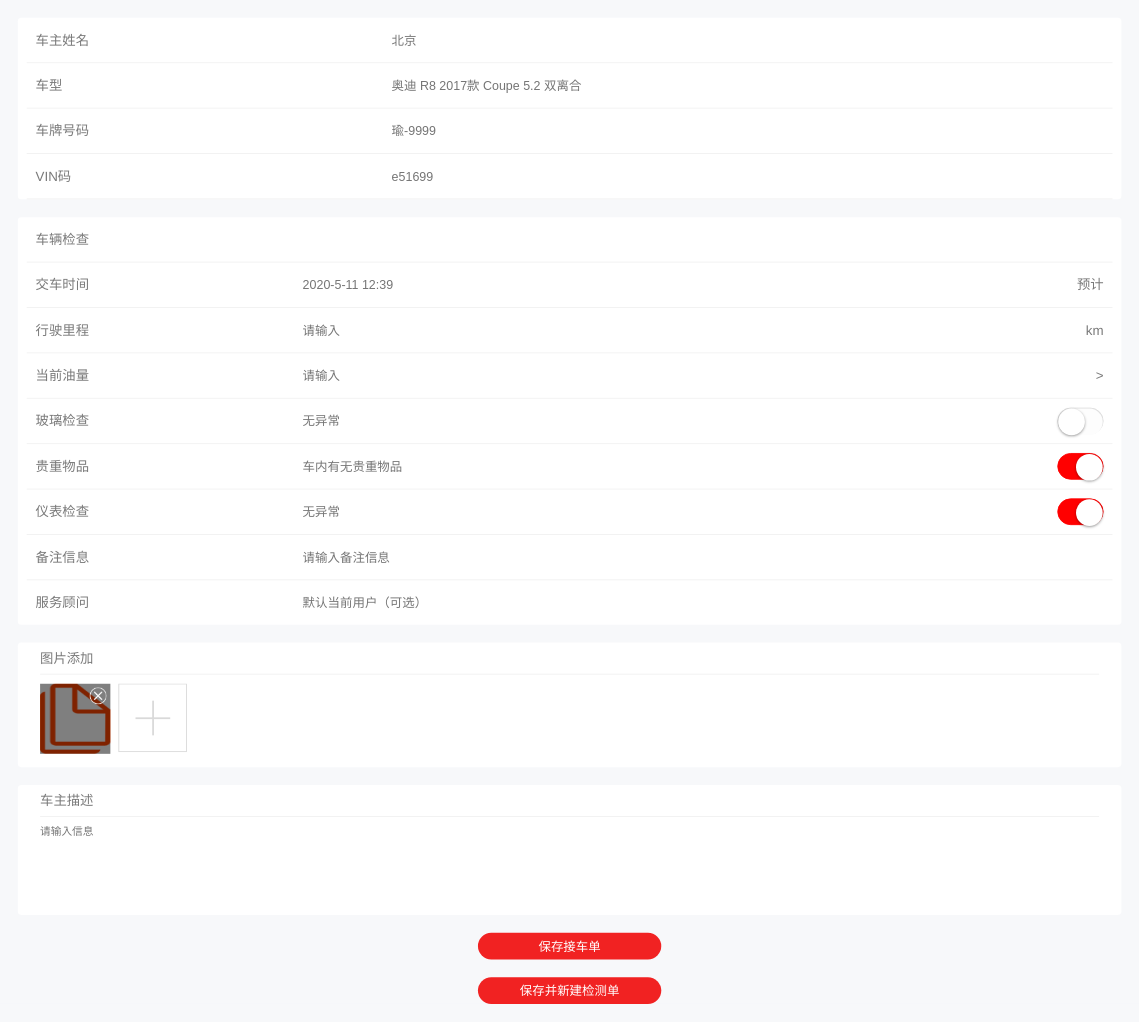
Repository: family-car/car
Page: vehicleEntry.html
These files come from the project's save history. The page is drawn as it stood at one moment and after the next save; the edit follows.
The browser window is 1280 px wide. The pictures show the whole page, at 89% of full size.

Above is the page before, as saved 2020-05-12 00:20:34.

After the next save:
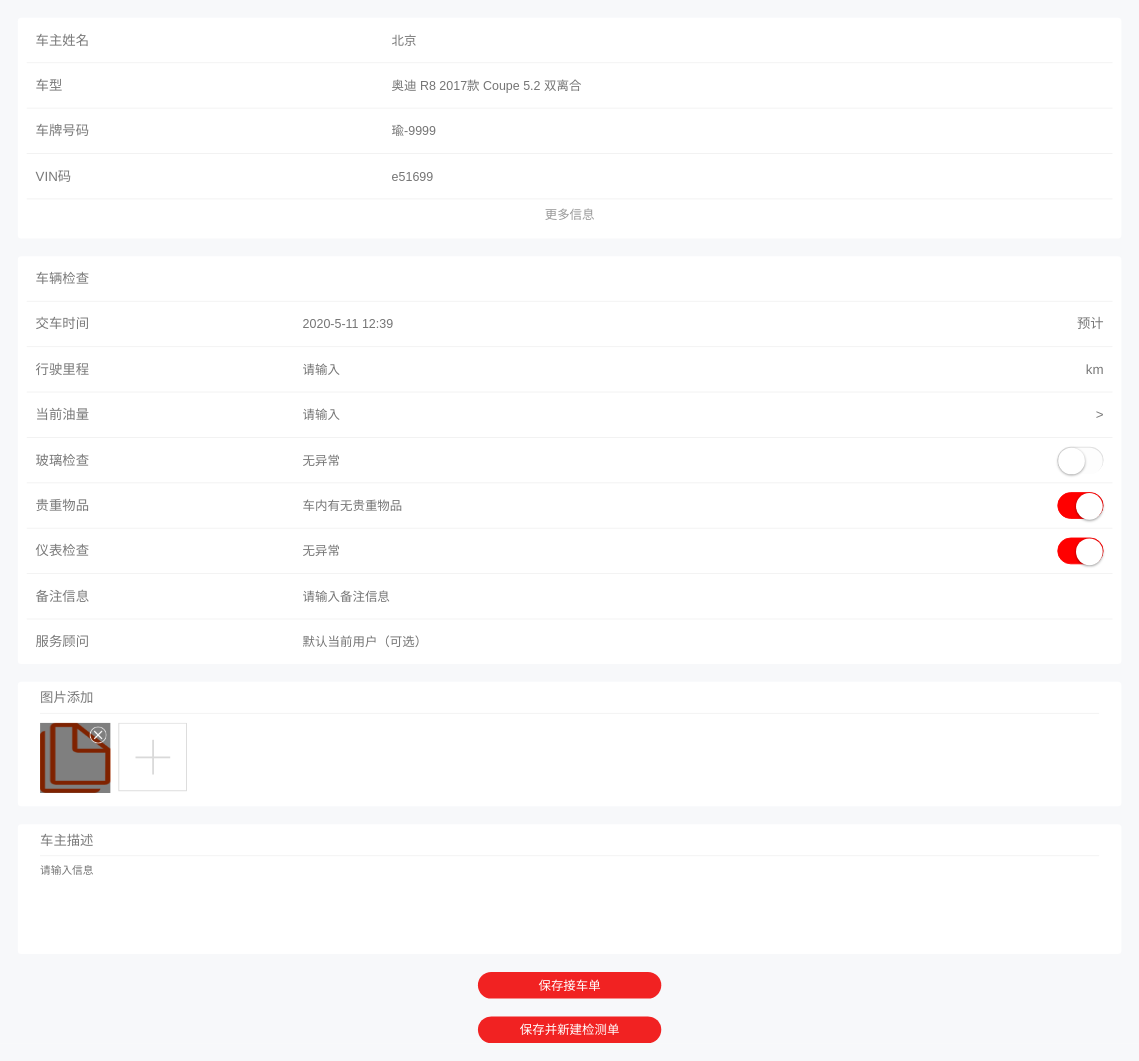
Saved 19 s later.
--- a/src/js/entry/vehicleEntry.js
+++ b/src/js/entry/vehicleEntry.js
@@ -4,7 +4,7 @@
             this.folder();
         },
         folder:function(){
-            $('.userInfo_form .form_cell:gt(1)').addClass("hide");
+            $('.userInfo_form .form_cell:gt(4)').addClass("hide");
             $('.userInfo_form .form_cell').each((index,element)=>{
                 console.log(index)
             })

After the save that followed:
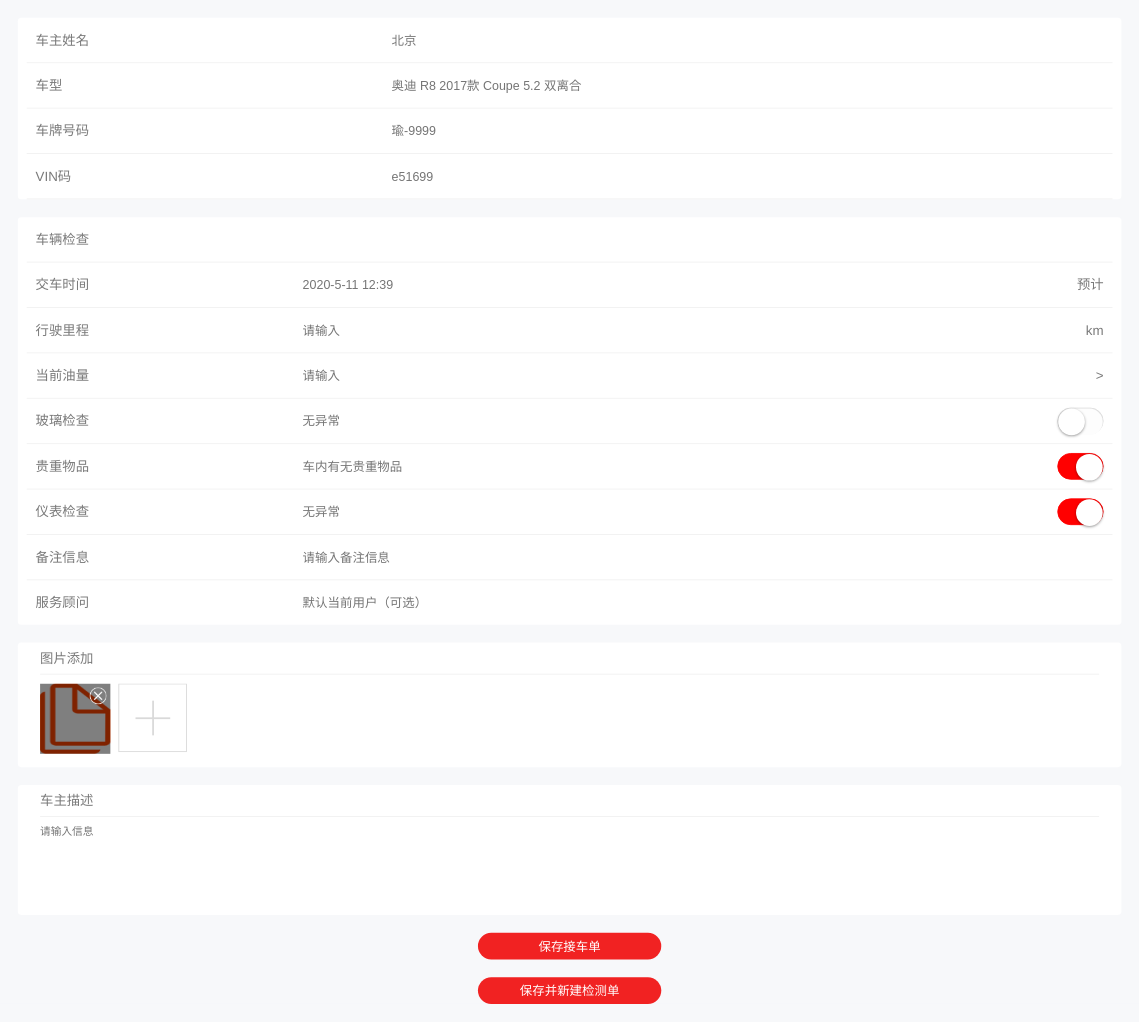
Saved 11 s later.
--- a/src/js/entry/vehicleEntry.js
+++ b/src/js/entry/vehicleEntry.js
@@ -4,7 +4,7 @@
             this.folder();
         },
         folder:function(){
-            $('.userInfo_form .form_cell:gt(4)').addClass("hide");
+            $('.userInfo_form .form_cell:gt(3)').addClass("hide");
             $('.userInfo_form .form_cell').each((index,element)=>{
                 console.log(index)
             })
